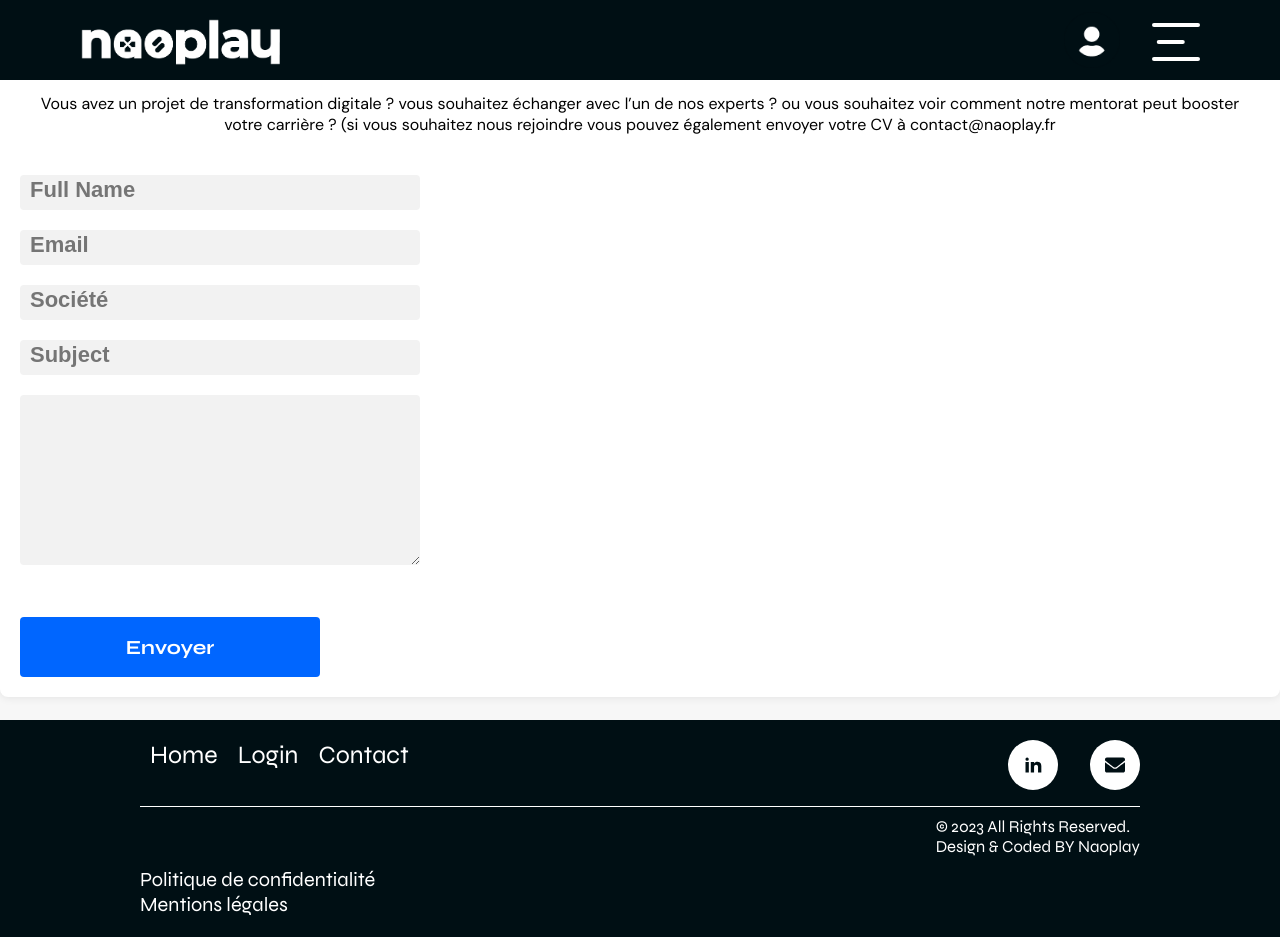
Repository: Hindsedrati/Naoplay
Page: /contact
The author's editor kept a copy of each file at every save. The page is drawn from the files as they stood at one save, then again after the next save.
The browser window is 1280 px wide. The pictures show the whole page.
The project was rebuilt for these pictures with package versions that can differ from the ones it lists, and the page was loaded fresh each time. Also part of the build but not shown: src/Pages/Login/index.jsx, src/Components/Const/index.jsx, src/Components/Partners/index.jsx, src/Components/Naoplay/index.jsx, src/Components/Api/index.jsx, src/Components/Digitalisation/index.jsx, src/Components/Gateway/index.jsx, src/Components/ApiManagement/index.jsx and 6 more.

Above is the page before, as saved 2023-05-10 12:44:22.

### public/index.html
<!DOCTYPE html>
<html lang="en">
  <head>
    <meta charset="utf-8" />
    <link href="https://fonts.googleapis.com/css2?family=Syne:wght@600;700&display=swap" rel="stylesheet">
    <link rel="apple-touch-icon" sizes="180x180" href="./favicons/apple-touch-icon.png">
    <link rel="icon" type="image/png" sizes="32x32" href="./favicons/favicon-32x32.png">
    <link rel="icon" type="image/png" sizes="16x16" href="./favicons/favicon-16x16.png">
    <link rel="manifest" href="./favicons/site.webmanifest">
    <link rel="mask-icon" href="./favicons/safari-pinned-tab.svg" color="#5bbad5">
    <meta name="viewport" content="width=device-width, initial-scale=1" />
    <meta name="theme-color" content="#000000" />
    <meta
      name="description"
      content="Web site created using create-react-app"
    />
    <link rel="apple-touch-icon" href="%PUBLIC_URL%/logo192.png" />
    <!--
      manifest.json provides metadata used when your web app is installed on a
      user's mobile device or desktop. See https://developers.google.com/web/fundamentals/web-app-manifest/
    -->
    <link rel="manifest" href="%PUBLIC_URL%/manifest.json" />
    <!--
      Notice the use of %PUBLIC_URL% in the tags above.
      It will be replaced with the URL of the `public` folder during the build.
      Only files inside the `public` folder can be referenced from the HTML.

      Unlike "/favicon.ico" or "favicon.ico", "%PUBLIC_URL%/favicon.ico" will
      work correctly both with client-side routing and a non-root public URL.
      Learn how to configure a non-root public URL by running `npm run build`.
    -->
    <title>NAOPLAY</title>
  </head>
  <body>
    <noscript>You need to enable JavaScript to run this app.</noscript>
    <div id="root"></div>
    <!--
      This HTML file is a template.
      If you open it directly in the browser, you will see an empty page.

      You can add webfonts, meta tags, or analytics to this file.
      The build step will place the bundled scripts into the <body> tag.

      To begin the development, run `npm start` or `yarn start`.
      To create a production bundle, use `npm run build` or `yarn build`.
    -->
  </body>
</html>

### src/style.scss
* {
    margin: 0;
    padding: 0;
    box-sizing: border-box;
}

.app-container {
    width: 100%;
    max-width: 100%;
    margin-left: auto;
    margin-right: auto;
}

.main-container {
    width: 100%;
    overflow-x: hidden;
}

@media screen and (min-width: 769px) and (max-width: 1900px) {
    .main-container {
        padding: 70px 80px 20px 80px;
    }
}
@media screen and (min-width: 1901px) {
    .main-container {
        padding: 150px 80px 20px 80px;
    }
}
@media screen and (max-width: 768px) {
    .main-container {
        padding: 1rem;
    }
}

### src/Pages/Contact/index.jsx
import React from 'react'
import './Contact.scss'

function contact () {
  return (
    <section class="contact-form">
  <div class="container">
    <h2>Contactez-nous</h2>
    <p>Vous avez un projet de transformation digitale ? vous souhaitez échanger avec l’un de nos experts ? ou vous souhaitez voir comment notre mentorat peut booster votre carrière ? (si vous souhaitez nous rejoindre vous pouvez également envoyer votre CV à contact@naoplay.fr</p>
    <form class="form-control card">
      <input type="text" placeholder="Full Name" name="user_name" required />
      <input type="email" placeholder="Email" name="user_email" required />
      <input type="text" placeholder="Société" name="societe" required />
      <input type="text" placeholder="Subject" name="subject" required />
      <textarea name="message" cols="30" rows="10"></textarea>
      <button type="submit" class="btn btn-primary">Envoyer</button>
    </form>
  </div>
</section>

  )
}

export default contact;

### src/Layouts/Footer/Index.jsx
import './footer.scss';
import { RiLinkedinFill } from "react-icons/ri";
import { FaEnvelope } from "react-icons/fa";

function Footer() {
  return (
    <footer>
      <div className="footer-content">
        <div className="footer-section links">
          <a href="/">Home</a>
          <a href="/login">Login</a>
          <a href="/Contact">Contact</a>
        </div>

        <div className="footer__icons">
          <a c href="https://www.linkedin.com/company/naoplay/" target="_blank" rel="noreferrer">
            <RiLinkedinFill />
          </a>
          <a  href="mailto:contact@naoplay.fr/" target="_blank" rel="noreferrer">
            <FaEnvelope />
          </a>
        </div>
      </div>

      <div className="footer-bottom">
        <small>&copy; 2023 All Rights Reserved.</small>
        <small>Design & Coded BY Naoplay </small>
      </div>

      <div className="footer-legal">
        <a href='/'>Politique de confidentialité</a>
        <a href='/'>Mentions légales</a>
      </div>
    </footer>
  );
}

export default Footer;

### src/Pages/Contact/Contact.scss

@import '../../Sass/variables.scss';
.contact-form {
  display: flex;
  justify-content: center;
  align-items: center;
  min-height: 100vh;
  background-color: #f7f7f7;
}

.container {
  background-color: #fff;
  border-radius: 8px;
  padding: 20px;
  box-shadow: 0px 0px 10px rgba(0, 0, 0, 0.1);
}

h2 {
  font-family: $syne;
  font-size: 25px;
  font-weight: 900;
  text-align: center;
  margin-bottom: 20px;
}

p {
  font-family: $Dm;

  text-align: center;
  margin-bottom: 40px;
}

.form-control {
  display: flex;
  flex-direction: column;
  align-items: center;
}

.card {
  width: 100%;
  max-width: 400px;
}

input[type="text"],
input[type="email"],
textarea {
  width: 100%;
  padding: 10px;
  margin-bottom: 20px;
  border: none;
  border-radius: 4px;
  background-color: #f2f2f2;
}

button[type="submit"] {
  background-color: #0066ff;
  color: #fff;
  border: none;
  padding: 10px 20px;
  border-radius: 4px;
  cursor: pointer;
  transition: background-color 0.3s;
}

button[type="submit"]:hover {
  background-color: #0052cc;
}

### src/Pages/Home/Home.scss
body{
    box-sizing: border-box;
    overflow-x: hidden;
}

### src/Layouts/Footer/footer.scss
@import '../../Sass/variables.scss';

footer {
  height: auto;
  color: $light;
  position: relative;
  background: $dark;
  padding: 20px 0;
  width: 100%;
}

.footer-content {
  font-size: 20px;
  display: flex;
  justify-content: space-between;
  max-width: 1000px;
  margin: 0 auto;
}

.footer-section {
  font-family: $syne;
  display: flex;
}

.links a,
.social a {
  color: #fff;
  text-decoration: none;
  padding: 0 10px;
  font-size: 25px;
}


.footer__icons{

        display: flex;
        gap: 2rem;
        margin-bottom: 1rem;

        a {
            width: 50px;
            height: 50px;
            display: inline-block;
            text-decoration: none;
            color: $dark;
            background-color: $light;
            border-radius: 50%;
            display: flex;
            justify-content: center;
            align-items: center;



        }

        a:hover {
            transform: scale(1.1);
            background-color: $dark;
            color: $light;
        }
}
.footer-bottom {
  font-family: $syne;
  display: grid;
  justify-content: flex-end;
  max-width: 1000px;
  margin: 0 auto;
  font-size: 20px;
  border-top: 1px solid #fff;
  padding-top: 10px;
}

.footer-legal {
  /*display: flex;
  align-items: flex-start;
  justify-content: flex-start;
  max-width: 1000px;
  margin: 0 auto;
  font-size: 20px;

  padding-top: 10px;*/
  display: grid;
  justify-content: flex-start;
  max-width: 1000px;
  margin: 0 auto;
  font-size: 20px;
  padding-top: 10px;

}

.footer-legal a {
  font-family: $syne;
  color: #fff;
  text-decoration: none;
  margin-right: 20px;
}

.footer-legal a:hover {
  text-decoration: underline;
}

### src/Sass/variables.scss
@import url('https://fonts.googleapis.com/css2?family=Syne:wght@200;400;500;600;700&display=swap');
@import url('https://fonts.googleapis.com/css2?family=DM+Sans:wght@200;400;500;600;700&display=swap');

@font-face {
    font-family: 'MonumentExtended';
    src: url('fonts/MonumentExtended-Regular.otf') format('truetype');
    font-weight: normal;
    font-style: normal;
}

$Dm: 'DM Sans', sans-serif;
$syne: 'Syne', sans-serif;

//colors
$dark: #000F14;
$light: white;
$primary: #00A8EB;
$bg: #fdfdfd;

### src/Components/Const/const.scss
@import '../../Sass/variables.scss';

.home {

  color: $light;
  background-image: url('../../assets/vision_naoplay.webp');
  background-size: cover;
  background-position: center;

  h1 {
    font-weight: bold;
    font-family: 'MonumentExtended', sans-serif;
  }

  h2 {
    font-family: $syne;
  }

  &__btn {
    text-decoration: none;
    color: $dark;
    display: inline-block;
    padding: 0.75rem 1.5rem;
    background-color: $light;
    font-family: $syne;
    font-size: 1rem;
    font-weight: 700;
    transition: background-color 0.3s ease;

    &:hover {
      background-color: $dark;
      color: $light;
    }
  }
}

@media screen and (min-width: 769px) and (max-width: 1900px) {
  .home {
    margin-top: 2rem;

    h1 {
      font-size: 70px;
      font-weight: 500;
    }

    h2 {
      margin-top: 80px;
      font-size: 32px;
      font-weight: 700;
      line-height: 40px;
    }

    &__btn {
      margin-top:150px;
    }
  }
}

/* Code ajouté pour centrer en version mobile */
@media screen and (max-width: 768px) {
  .home {
    //height: calc(100vh - 80px);
    //padding: 1rem;
    margin-top: 5rem;
    display: flex;
    justify-content: center;
    align-items: center;
    flex-direction: column;

    h1 {
      font-size: 30px;
      line-height: 45px;
      font-weight: 200;
    }

    h2 {
      margin-top: 50px;
      font-size: 20px;
      font-weight: 500;
      font-family: $Dm;
      line-height: 1.6;
    }

    &__btn {
      margin-top: 30px;
    }
  }
}

@media screen and (min-width: 1901px) {
  .home {
    height: 100vh;
    h1 {
      line-height: 5rem;
      font-size: 70px;
      font-weight: 500;
    }

    h2 {
      margin-top: 80px;
      font-size: 32px;
      font-weight: 700;
      line-height: 40px;
    }

    &__btn {
      margin-top: 80px;
    }
  }

}

### src/Components/Partners/partners.scss
@import '../../Sass/variables.scss';

.partners {
  min-height: 210px;
  background: $dark;
  color: $light;

  &__content {
    display: flex;
    align-items: center;
  }

  &__content h3 {
    font-family: 'MonumentExtended', sans-serif;
    color: $light;
  }
}

@media screen and (min-width: 769px) and (max-width: 1900px) {

  .partners {
    padding-left: 80px;
    display: grid;
    grid-template-columns: 1fr 3fr;

    &__content h3 {
      padding-right: 15px;
      font-size: 20px;
      font-weight: 500;
      line-height: 32px;
    }

    &__image {
      position: relative;
      width: auto;
      height: 70px;
      margin-top: 70px;
      overflow: hidden;
    }

    &__icons {
      position: absolute;
      display: flex;
      width: 150%;
      height: 70px;
      top: 0;
      left: 30px;
      color: #fff;

      animation-name: IconeMove;
      animation-duration: 7s;
      animation-iteration-count: infinite;
      animation-direction: alternate;
      animation-timing-function: ease-in-out;

      @keyframes IconeMove {
        from {
          transform: translateX(-25%);
        }

        to {
          transform: translateX(0);
        }
      }
    }

    &__icons img {
      height: 100%;
      width: auto;
      margin-right: 70px;

    }
  }
}

@media screen and (min-width: 1901px) {

  .partners {
    padding-left: 80px;
    display: grid;
    grid-template-columns: 1fr 3fr;

    &__content h3 {
      padding-right: 15px;
      font-size: 25px;
      font-weight: 500;
      line-height: 32px;
    }

    &__image {
      position: relative;
      width: auto;
      height: 70px;
      margin-top: 70px;
      overflow: hidden;
    }

    &__icons {
      position: absolute;
      display: flex;
      width: 150%;
      height: 70px;
      top: 0;
      left: 30px;
      color: #fff;

      animation-name: IconeMove;
      animation-duration: 9s;
      animation-iteration-count: infinite;
      animation-direction: alternate;
      animation-timing-function: ease-in-out;

      @keyframes IconeMove {
        from {
          transform: translateX(-25%);
        }

        to {
          transform: translateX(0);
        }
      }
    }

    &__icons img {
      height: 100%;
      width: auto;
      margin-right: 70px;

    }
  }
}

@media screen and (max-width: 768px) {

  .partners {
    padding: 1rem;

    &__content h3 {
      font-size: 20px;
      font-weight: 500;
      line-height: 32px;
    }

    &__image {
      position: relative;
      width: auto;
      height: 70px;
      margin-top: 50px;
      overflow: hidden;
    }

    &__icons {
      position: absolute;
      display: flex;
      width: 150%;
      height: 60px;
      top: 0;
      left: 30px;
      color: #fff;

      animation-name: IconeMove;
      animation-duration: 5s;
      animation-iteration-count: infinite;
      animation-direction: alternate;
      animation-timing-function: ease-in-out;

      @keyframes IconeMove {
        from {
          transform: translateX(-200%);
        }

        to {
          transform: translateX(0);
        }
      }
    }

    &__icons img {
      height: 100%;
      width: auto;
      margin-right: 70px;

    }
  }
}

### src/Components/Digitalisation/digital.scss
@import '../../Sass/variables.scss';

.digital {
  background-image: url('../../assets/eye-naoplay.webp');
  background-size: cover;
  background-position: center;
  width: 100%;
  height: 50vh;
  object-fit: none;
  color: $light;
  display: flex;
  align-items: center;
  justify-content: center;

  &__content {
    width: 100%;
    max-width: 960px;
    margin: 0 auto;
    padding: 0 1rem;
    text-align: center;
  }

  &__title {
    font-family: 'MonumentExtended', sans-serif;

    margin: 0;
    font-size: 2rem;
    line-height: 1;

  }

  @media screen and (max-width: 768px) {
    .digital{
      display: none;
    }
  }
}
@media screen and (min-width: 769px) and (max-width: 1900px) {
  .digital{
    display: none;
  }
}
@media screen and (min-width: 1900px){
  .digital{
    display: none;
  }
}

### src/Components/Gateway/gateway.scss
@import '../../Sass/variables.scss';

.Gateway{
    height: 100vh;
    padding: 100px;
    color: $dark;

    &__title {
        font-family: 'MonumentExtended', sans-serif;
    }

    &__content::-webkit-scrollbar {
        width: 0;
    }

}


@media screen and (min-width: 769px) and (max-width: 1900px) {
    .Gateway{
        display: grid;
        grid-template-columns: 1fr 2fr;
        align-items: center;

        &__content__child p{
            line-height: 4rem;
            font-family: $syne;
            font-size: 24px;
            font-weight: bold;
        }
    }

    .partone{
        display: block;
        height: calc(100vh - 200px);
        padding: 8rem 4rem 4rem;
        text-align: right;
        background: $dark;
        color: $light;
    }

    .partone:hover{
        background-color: $primary;
        scroll-behavior: smooth;
    }

    .parttwo{
        position: relative;
        height: calc(100vh - 200px);

        .Gateway__title {
            position: absolute;
            top: 0;
            bottom: 0;
            display: flex;
            align-items: center;
            margin-left: 6rem;
            font-size: 56px;
            vertical-align: middle;
        }

        .G1, .G2, .G3, .G4, .G5 {
            display: inline-block;
            margin-top: 5vh;
            margin-bottom: 5vh;
            border-bottom: 1rem solid $primary;
            border-right: 2rem solid transparent;
            line-height: 36px;
        }

        .G1{
            margin-left: 15%;
        }

        .G2{
            margin-left: 50%;
        }

        .G3{
            margin-left: 80%;
        }

        .G4{
            margin-left: 50%;
        }

        .G5{
            margin-left: 15%;
        }
    }
}

@media screen and (min-width: 1901px) {
    .Gateway{
        display: grid;
        grid-template-columns: 1fr 2fr;
        align-items: center;

        &__content__child p{
            line-height: 9rem;
            font-family: $syne;
            font-size: 30px;
            font-weight: bold;
        }
        .items{
            margin-top: 3rem;
        }
    }

    .partone{
        display: block;
        height: calc(100vh - 200px);
        padding: 4rem 4rem 4rem;
        text-align: right;
        background: $dark;
        color: $light;
    }

    .partone:hover{
        background-color: $primary;
        scroll-behavior: smooth;
    }

    .parttwo{
        position: relative;
        height: calc(100vh - 200px);

        .Gateway__title {
            position: absolute;
            top: 0;
            bottom: 0;
            display: flex;
            align-items: center;
            margin-left: 6rem;
            font-size: 56px;
            vertical-align: middle;
        }

        .G1, .G2, .G3, .G4, .G5 {
            display: inline-block;
            margin-top: 5vh;
            margin-bottom: 5vh;
            border-bottom: 1rem solid $primary;
            border-right: 2rem solid transparent;
            line-height: 36px;
        }

        .G1{
            margin-left: 15%;
        }

        .G2{
            margin-left: 50%;
        }

        .G3{
            margin-left: 80%;
        }

        .G4{
            margin-left: 50%;
        }

        .G5{
            margin-left: 15%;
        }
    }
}

@media screen and (max-width: 768px) {
    .Gateway{
        display: none;
    }
}

### src/Components/Management/management.scss
@import '../../Sass/variables.scss';

.management {
    background: $primary;
    color: $light;

    &__title {
        font-family: 'MonumentExtended', sans-serif;
    }

    &__content::-webkit-scrollbar {
        width: 0;
    }
}

@media screen and (min-width: 769px) and (max-width: 1900px) {
    .management {
        min-height: 100vh;

        &__title {
            display: none;
        }

        &__content {
            width: 100%;
            min-height: 250px;
            padding: 30px 100px;
            display: flex;
            flex-flow: row nowrap;
            gap: 100px;
            font-family: $syne;
            font-size: 20px;
            font-weight: 400;
            line-height: 30px;
            position: relative;

            .arrow_1 {
                display: none;
            }

            .arrow_2 {
                display: none;
            }

            & p {
                margin-top: .8rem;
                font-family: $Dm;
            }
        }
    }
}

@media screen and (min-width: 1901px) {
    .management {
        min-height: 100vh;

        &__title {
            display: none;
        }

        &__content {
            width: 100%;
            min-height: 250px;
            padding: 30px 100px;
            display: flex;
            flex-flow: row nowrap;
            gap: 100px;
            font-family: $syne;
            font-size: 20px;
            font-weight: 400;
            line-height: 30px;
            position: relative;

            .arrow_1 {
                display: none;
            }

            .arrow_2 {
                display: none;
            }

            & p {
                font-size: 25px;
                margin-top: .8rem;
                font-family: $Dm;
            }
        }
    }
}

@media screen and (max-width: 768px) {
    .management {
        padding: 2.5rem 1rem;

        &__content {
            display: flex;
            flex-flow: row nowrap;
            gap: 2rem;
            font-family: $syne;
            font-size: 25px;
            font-weight: 500;
            line-height: 30px;
            overflow: scroll;
            position: relative;

            &__child {
                min-width: 100%;
            }

            .arrow_1 {
                position: absolute;
                bottom: 2px;
                right: 10px;
                font-size: 30px;
                color: $primary;
                background: $light;
                display: flex;
                align-items: center;
                justify-content: center;
                border-radius: 50%;
                width: 40px;
                height: 40px;
            }

            .arrow_2 {
                position: absolute;
                bottom: 2px;
                right: -23rem;
                font-size: 2rem;
                background: $light;
                color: $primary;
                display: flex;
                align-items: center;
                justify-content: center;
                border-radius: 50%;
                width: 40px;
                height: 40px;
            }
        }

        &__title {
            margin-top: 30px;
            font-size: 30px;
            line-height: 30px;
            font-weight: 100;
        }

        &__content {
            font-size: 25px;
            font-weight: 700;
            line-height: 30px;
        }

        & p {
            margin-top: 30px;
            padding: 0rem 1rem;
        }
    }



}

Loaded but not shown: src/reportWebVitals.js (common file); src/index.js (34 lines, source omitted); src/Layouts/Header/header.scss (458 lines, source omitted); src/Components/ApiManagement/api_m.scss (329 lines, source omitted); src/Components/Api/api.scss (344 lines, source omitted); src/Components/Naoplay/naoplay.scss (359 lines, source omitted); src/Layouts/Header/Index.jsx (115 lines, source omitted); src/Pages/Error403/Error403.scss (201 lines, source omitted); src/Components/Mentorat/mentorat.scss (204 lines, source omitted); src/Components/Proxisation/proxi.scss (219 lines, source omitted); src/Pages/Error404/Error.scss (200 lines, source omitted); src/Pages/Login/login.scss (182 lines, source omitted)

After the next save:
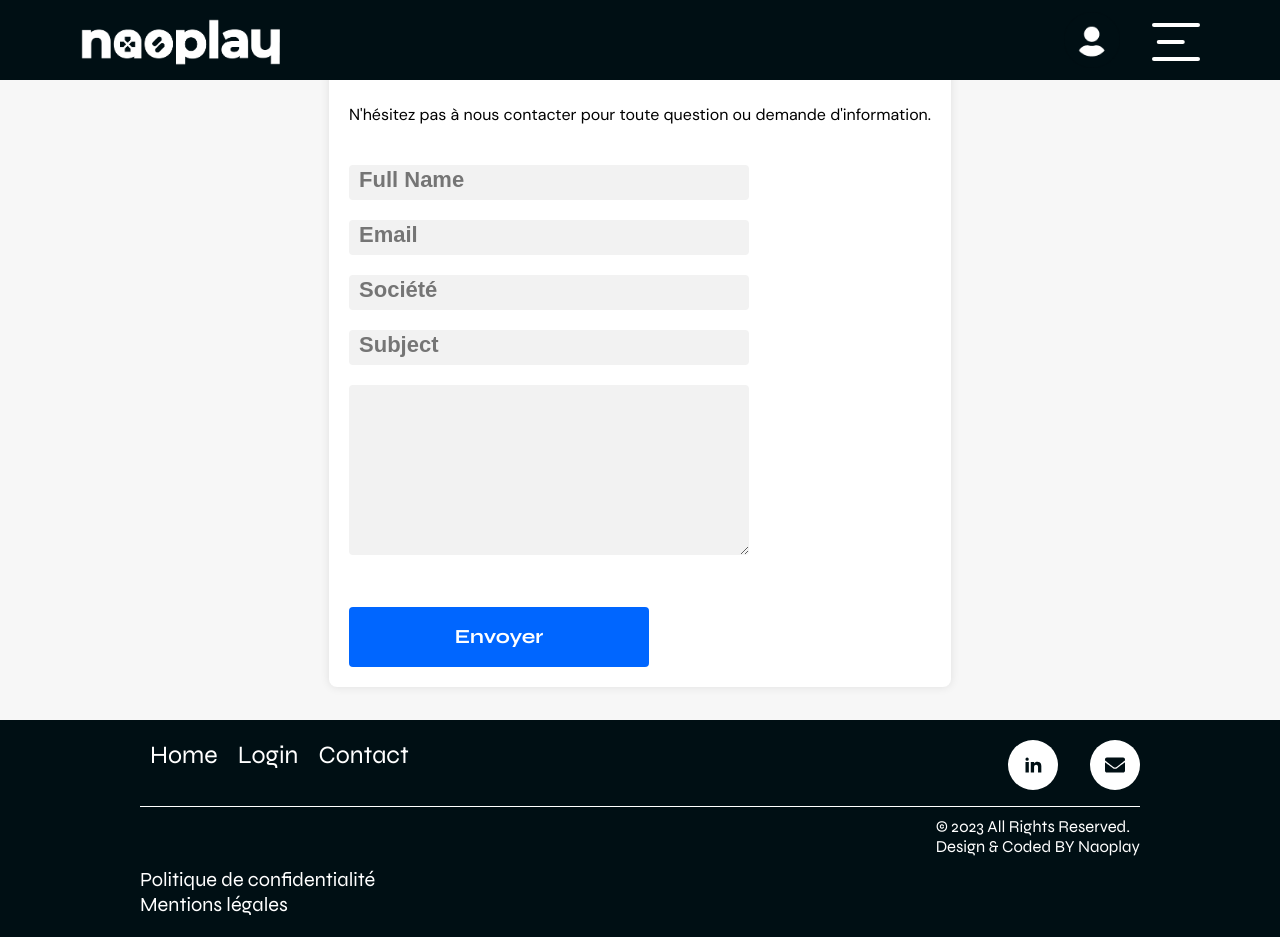
Saved 11 s later.
--- a/src/Pages/Contact/index.jsx
+++ b/src/Pages/Contact/index.jsx
@@ -6,7 +6,7 @@
     <section class="contact-form">
   <div class="container">
     <h2>Contactez-nous</h2>
-    <p>Vous avez un projet de transformation digitale ? vous souhaitez échanger avec l’un de nos experts ? ou vous souhaitez voir comment notre mentorat peut booster votre carrière ? (si vous souhaitez nous rejoindre vous pouvez également envoyer votre CV à contact@naoplay.fr</p>
+    <p>N'hésitez pas à nous contacter pour toute question ou demande d'information.</p>
     <form class="form-control card">
       <input type="text" placeholder="Full Name" name="user_name" required />
       <input type="email" placeholder="Email" name="user_email" required />
